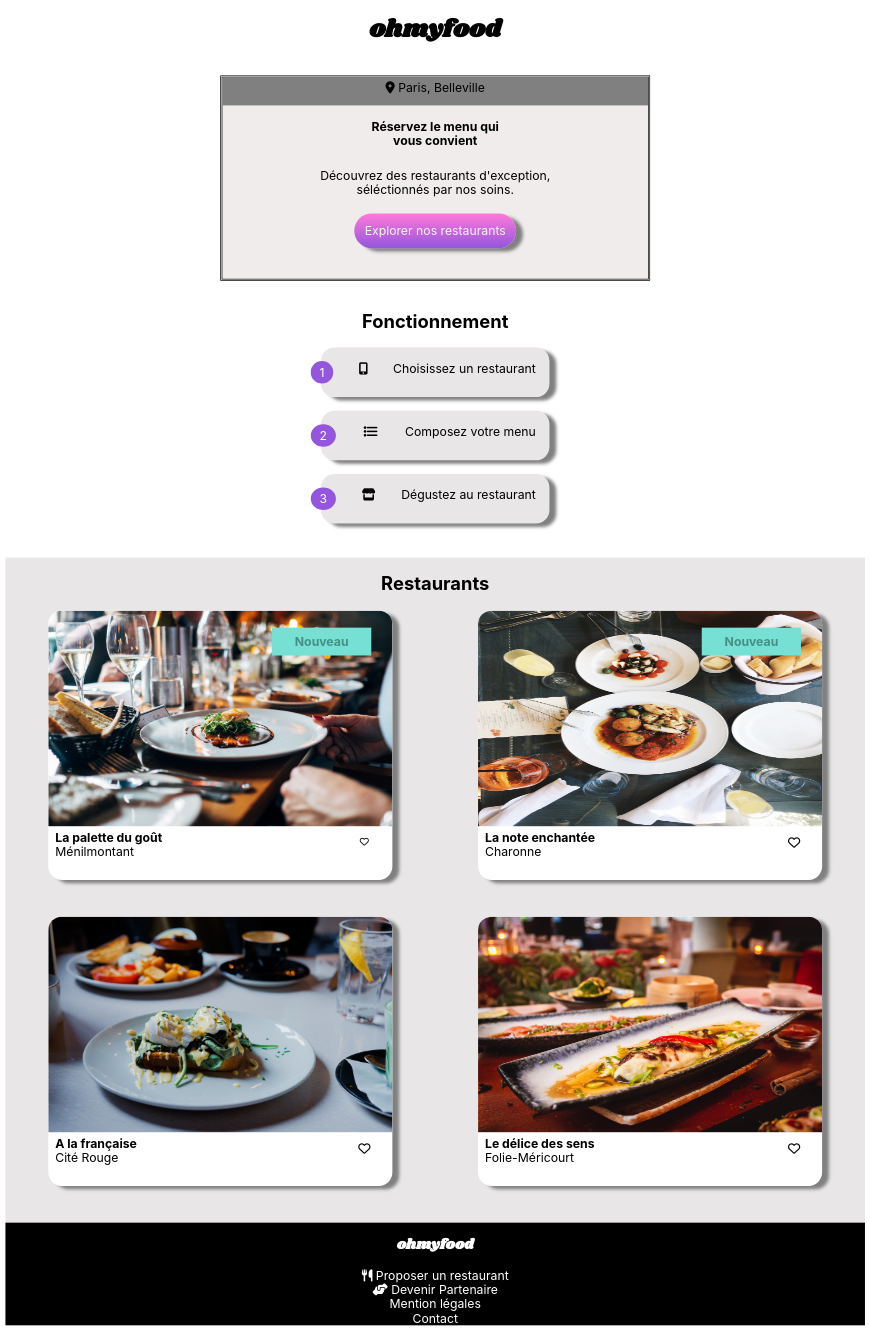
Repository: yacinebouk/ohmyfood
Page: index.html
These files come from the project's save history. The page is drawn as it stood at one moment and after the next save; the edit follows.
The browser window is 1280 px wide. The pictures show the whole page, at 68% of full size.
Some web libraries are served in a nearby version. The style sheet was rebuilt from its Sass, Less or Tailwind sources for each picture, by a compiler version that may differ from the author's.

Above is the page before, as saved 2022-07-07 17:08:00.

### index.html
<!DOCTYPE html>
<html lang="fr">

<head>
    <script src="https://kit.fontawesome.com/225bbe1e2d.js" crossorigin="anonymous"></script>
    <meta charset="utf-8" />
    <title>ohmyfood</title>
    <link rel="stylesheet" href="css/styles.css" />
    <meta name="viewport" content="width=device-width, initial-scale=1">

</head>

<body>
    <div class="hide">
        <div class="loader"></div>
    </div>
    <main>
        <header>
            <h1 class="Tittle">ohmyfood</h1>
            <div class="search">
                <div class="town"> <span><i class="fa-solid fa-location-dot"></i></span> Paris, Belleville</div>
                <div class="reservation"> <b> Réservez le menu qui <br> vous convient</b> </div>
                <div class="discover">Découvrez des restaurants d'exception, <br> séléctionnés par nos soins.</div>
                <div class="explore">
                    <span class="explore-text">Explorer nos restaurants</span>
                </div>
            </div>
        </header>
        <section class="section-working">
            <div class="working">
                <h2>Fonctionnement</h2>
                <div class="choose">
                    <div class="number">1</div>
                    <div class="logo-work"> <i class="fa-solid fa-mobile-screen-button"></i></div>
                    <div class="text-work"> Choisissez un restaurant</div>
                </div>
                <div class="compose">
                    <div class="number">2</div>
                    <div class="logo-work"><i class="fa-solid fa-ellipsis-vertical"><i class="fa-solid fa-bars"></i></i>
                    </div>
                    <div class="text-work"> Composez votre menu</div>
                </div>
                <div class="taste">
                    <div class="number">3</div>
                    <div class="logo-work"><i class="fa-solid fa-store"></i>
                    </div>
                    <div class="text-work"> Dégustez au restaurant</div>
                </div>
            </div>
        </section>
        <section class="section-restaurant">
            <div class="restaurant">
                <h2>Restaurants</h2>
                <div class="block-restaurant">
                    <div class="border-restaurant">
                        <div class="block-picture">
                            <div class="new"><b>Nouveau</b></div>
                            <div class="picture-restaurant"> <img src="./images/restaurants/jay-wennington-N_Y88TWmGwA-unsplash.jpg" style="height:100%;width: 100%" alt="Ohmyfood"></div>
                        </div>
                        <div class="block-text">
                            <div class="text">
                                <a href="./palette.html">
                                    <div class="title-restaurant"><b> La palette du goût</b>
                                    </div>
                                    <div class="place-restaurant"> Ménilmontant</div>
                                </a>
                            </div>
                            <div class="heart">
                                <button>
                                <span class="heart-regular"><i class="fa-regular fa-heart"></i></span>
                                <span class="heart-solid"><i class="fa-solid fa-heart"></i></span>
                                </button>
                            </div>
                        </div>
                    </div>
                    <div class="border-restaurant">
                        <div class="block-picture">
                            <div class="new"><b>Nouveau</b></div>
                            <div class="picture-restaurant"> <img src="./images/restaurants/stil-u2Lp8tXIcjw-unsplash.jpg" style="height:100%;width: 100%" alt="Ohmyfood"></div>
                        </div>
                        <div class="block-text">
                            <div class="text">
                                <a href="./noteenchanté.html">
                                    <div class="title-restaurant"><b> La note enchantée</b>
                                    </div>
                                    <div class="place-restaurant"> Charonne</div>
                                </a>
                            </div>
                            <div class="heart">
                                <span class="heart-regular"><i class="fa-regular fa-heart"></i></span>
                                <span class="heart-solid"><i class="fa-solid fa-heart"></i></span>
                            </div>
                        </div>
                    </div>
                    <div class="border-restaurant">
                        <div class="block-picture">
                            <div class="picture-restaurant"> <img src="./images/restaurants/toa-heftiba-DQKerTsQwi0-unsplash.jpg" style="height:100%;width: 100%" alt="Ohmyfood"></div>
                        </div>
                        <div class="block-text">
                            <div class="text">
                                <a href="./francaise.html">
                                    <div class="title-restaurant"><b>A la française</b>
                                    </div>
                                    <div class="place-restaurant"> Cité Rouge</div>
                                </a>
                            </div>
                            <div class="heart">
                                <span class="heart-regular"><i class="fa-regular fa-heart"></i></span>
                                <span class="heart-solid"><i class="fa-solid fa-heart"></i></span>
                            </div>
                        </div>
                    </div>
                    <div class="border-restaurant">
                        <div class="block-picture">
                            <div class="picture-restaurant"> <img src="./images/restaurants/louis-hansel-shotsoflouis-qNBGVyOCY8Q-unsplash.jpg" style="height:100%;width: 100%" alt="Ohmyfood"></div>
                        </div>
                        <div class="block-text">
                            <div class="text">
                                <a href="./ledélice.html">
                                    <div class="title-restaurant"><b>Le délice des sens</b></div>
                                    <div class="place-restaurant">Folie-Méricourt</div>
                                </a>
                            </div>
                            <div class="heart">
                                <span class="heart-regular"><i class="fa-regular fa-heart"></i></span>
                                <span class="heart-solid"><i class="fa-solid fa-heart"></i></span>
                            </div>
                        </div>
                    </div>
                </div>
            </div>
        </section>
        <footer>
            <div class="frame-end">
                <h3 class="little-tittle">ohmyfood </h3>
                <div class="end">
                    <div class="propose"> <i class="fa-solid fa-utensils"></i> Proposer un restaurant</div>
                    <div class="partner"> <i class="fa-solid fa-handshake-angle"></i> Devenir Partenaire</div>
                    <div class="mention">Mention légales</div>
                    <div class="contact">
                        <a href="mailto:yacineboukhari@hotmail.com">Contact</a></div>
                </div>
            </div>
        </footer>
    </main>
</body>

### style/styles.scss
main {
    font-size: 18px;
    font-family: -apple-system, BlinkMacSystemFont, 'Segoe UI', Roboto, Oxygen, Ubuntu, Cantarell, 'Open Sans', 'Helvetica Neue', sans-serif;
}

@font-face {
    font-family: 'Shrikhand';
    src: url('../language/Shrikhand-Regular.otf');
}

h1 {
    font-family: 'Shrikhand';
}

h3 {
    font-family: 'Shrikhand';
}

h2 {
    text-align: center;
}

header {
    text-align: center;
}

@mixin shadow {
    box-shadow: grey 10px 5px 5px;
}

@mixin block {
    display: flex;
    flex-direction: row;
    justify-content: space-between;
    padding-bottom: 40px;
    @include shadow;
    background-color: rgb(232, 230, 230);
    border-radius: 20px 20px;
    padding: 20px 20px 20px 0px;
    width: 25%;
    margin: auto;
}

.logo-img {
    padding-bottom: 20px;
}

.search {
    border: double;
    margin-left: 25%;
    margin-right: 25%;
    background-color: rgb(240, 236, 236);
    padding-bottom: 20px;
}

.town {
    padding-bottom: 15px;
    border-bottom: lightgray 2px;
    padding-top: 5px;
    background-color: grey;
}

.reservation {
    padding-top: 20px;
    padding-bottom: 30px
}

.discover {
    padding-bottom: 40px;
}

.explore {
    padding-bottom: 40px;
}

.explore span {
    @include shadow;
    background: linear-gradient(#FF79DA, #9356DC);
    border-radius: 50px 50px;
    padding: 15px;
    color: #f6f6f6;
}

.working {
    padding-top: 20px;
    display: flex;
    justify-content: center;
    flex-direction: column;
}

.number {
    border: #9356DC solid;
    border-radius: 50%;
    background-color: #9356DC;
    padding: 3px 10px 3px 10px;
    color: white;
    margin-left: -15px;
}

.choose {
    @include block;
    margin-bottom: 20px;
    &:hover {
        .logo-work {
            color: #9356DC;
        }
        background-color: #d8cee4;
    }
}

.compose {
    @include block;
    margin-bottom: 20px;
    &:hover {
        .logo-work {
            color: #9356DC;
        }
        background-color: #d8cee4;
    }
}

.taste {
    @include block;
    margin-bottom: 50px;
    &:hover {
        .logo-work {
            color: #9356DC;
        }
        background-color: #d8cee4;
    }
}

.section-restaurant {
    display: flex;
    flex-direction: column;
    background-color: rgb(232, 230, 230);
}

h1 {
    text-align: center;
    padding-bottom: 20px;
}

.block-restaurant {
    display: flex;
    flex-wrap: wrap;
    height: 900px;
    width: 100%;
    justify-content: space-around;
}

.border-restaurant {
    width: 40%;
    height: 44%;
    overflow: hidden;
    @include shadow;
    background-color: white;
    border-radius: 20px 20px;
}

.picture-restaurant {
    height: 80%;
}

.text {
    padding-left: 10px;
    display: flex;
    flex-direction: column;
    width: 100%;
}

.text a {
    text-decoration: none black;
    color: black;
}

.block-text {
    display: flex;
    place-items: flex-end;
    justify-content: space-between;
}

//
.heart {
    height: 100%;
    width: 100px;
    margin-bottom: auto;
    min-height: 48px;
    display: flex;
    justify-content: center;
    align-items: center;
    cursor: pointer;
    button {
        width: 100%;
        height: 100%;
        background-color: transparent;
        background-repeat: no-repeat;
        display: flex;
        justify-content: center;
        align-items: center;
        cursor: pointer;
        border: none;
        cursor: pointer;
        overflow: hidden;
        outline: none;
        &:focus {
            .heart-solid {
                animation: 3s colorin;
                display: flex;
            }
            .heart-regular {
                display: none;
            }
        }
    }
}

.heart-solid {
    display: none;
    font-weight: 900;
    background-clip: text;
    -webkit-background-clip: text;
    -moz-background-clip: text;
    background-image: linear-gradient(#9356DC, #FF79DA);
    -webkit-text-fill-color: transparent;
    height: 18px;
    width: 18px;
}

@keyframes colorin {
    0% {
        visibility: hidden;
        opacity: 0;
    }
    100% {
        visibility: visible;
        opacity: 1;
    }
}

//
@keyframes fadeIn {
    0% {
        visibility: visible;
        opacity: 1;
    }
    100% {
        visibility: hidden;
        opacity: 0;
    }
}

.loader {
    border: 10px solid #f3f3f3;
    border-top: 10px solid red;
    border-bottom: 10px solid blue;
    border-radius: 50%;
    width: 100px;
    height: 100px;
    margin: auto;
    position: absolute;
    top: 0;
    left: 0;
    right: 0;
    bottom: 0;
    -webkit-animation: spin 1.5s linear infinite;
    -o-animation: spin 1.5s linear infinite;
    animation: spin 1.5s linear infinite;
}

.hide {
    animation: 2s fadeIn;
    animation-fill-mode: forwards;
}

main {
    animation: 2s fadeOut;
}

@keyframes fadeOut {
    0% {
        visibility: hidden;
        opacity: 0;
    }
    100% {
        visibility: visible;
        opacity: 1;
    }
}

@keyframes fadeIn {
    0% {
        visibility: visible;
        opacity: 1;
    }
    100% {
        visibility: hidden;
        opacity: 0;
    }
}

@keyframes spin {
    0% {
        transform: rotate(0deg);
    }
    100% {
        transform: rotate(360deg);
    }
}

.frame-end {
    text-align: center;
    background-color: black;
    color: white;
    display: flex;
    flex-direction: column;
}

.little-picture {
    height: 20px;
}

.contact a {
    text-decoration: none white;
    color: white;
}

.block-picture {
    position: relative;
    height: 80%;
}

.picture-restaurant {
    height: 100%;
}

.new {
    color: rgb(69, 143, 134);
    background-color: rgb(119, 224, 212);
    width: 25%;
    position: absolute;
    text-align: center;
    margin-left: 65%;
    margin-top: 5%;
    padding: 10px;
}

@media screen and (min-width: 320px) and (max-width: 768px) {
    main {
        font-size: 20px;
    }
    body {
        margin: 0;
        width: 100%;
    }
    header {
        width: 100%;
    }
    .logo-img {
        padding-bottom: 10px;
    }
    .search {
        border: none;
        margin: 0;
        width: 100%;
    }
    .town {
        padding-top: 5px;
        background-color: rgb(216, 214, 214);
        border-bottom: none;
        border-top: solid 2px grey;
    }
    .reservation {
        font-size: 24px;
        padding-bottom: 20px;
    }
    h1 {
        text-align: center;
    }
    h2 {
        text-align: initial;
    }
    h3 {
        margin-left: 20px;
    }
    .working {
        margin-left: 20px;
    }
    .choose {
        margin-left: 0;
        width: 90%;
    }
    .compose {
        margin-left: 0;
        width: 90%;
    }
    .taste {
        margin-left: 0;
        width: 90%;
    }
    .restaurant {
        margin-left: 20px;
    }
    .block-restaurant {
        height: auto;
        justify-content: unset;
    }
    .border-restaurant {
        width: 95%;
        height: 40%;
        margin-bottom: 20px;
    }
    .picture-restaurant {
        height: 200px;
        width: 100%;
    }
    .block-text {
        padding: 10px;
    }
    .frame-end {
        text-align: initial;
    }
    .end {
        display: flex;
        justify-content: space-around;
        flex-direction: column;
        margin-left: 20px;
    }
    .contact {
        padding-bottom: 20px;
    }
}

@media screen and (min-width: 769px) and (max-width: 991px) {
    .choose {
        width: 32%;
        margin-left: 34%;
    }
    .compose {
        width: 32%;
        margin-left: 34%;
    }
    .taste {
        width: 32%;
        margin-left: 34%;
    }
}

After the next save:
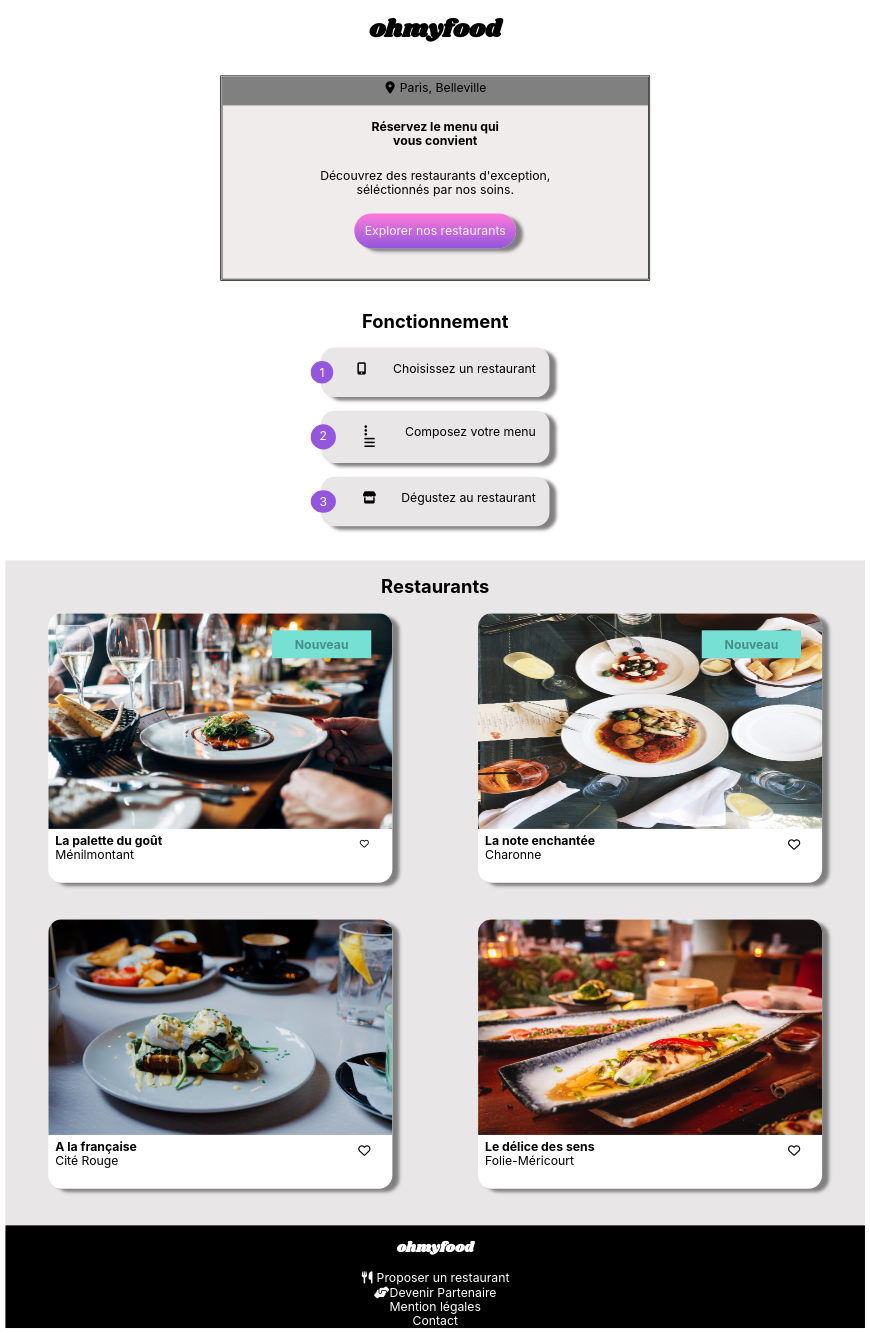
Saved 24 s later.
--- a/style/styles.scss
+++ b/style/styles.scss
@@ -223,8 +223,11 @@ h1 {
     -moz-background-clip: text;
     background-image: linear-gradient(#9356DC, #FF79DA);
     -webkit-text-fill-color: transparent;
+}
+
+i {
+    width: 18px;
     height: 18px;
-    width: 18px;
 }
 
 @keyframes colorin {
